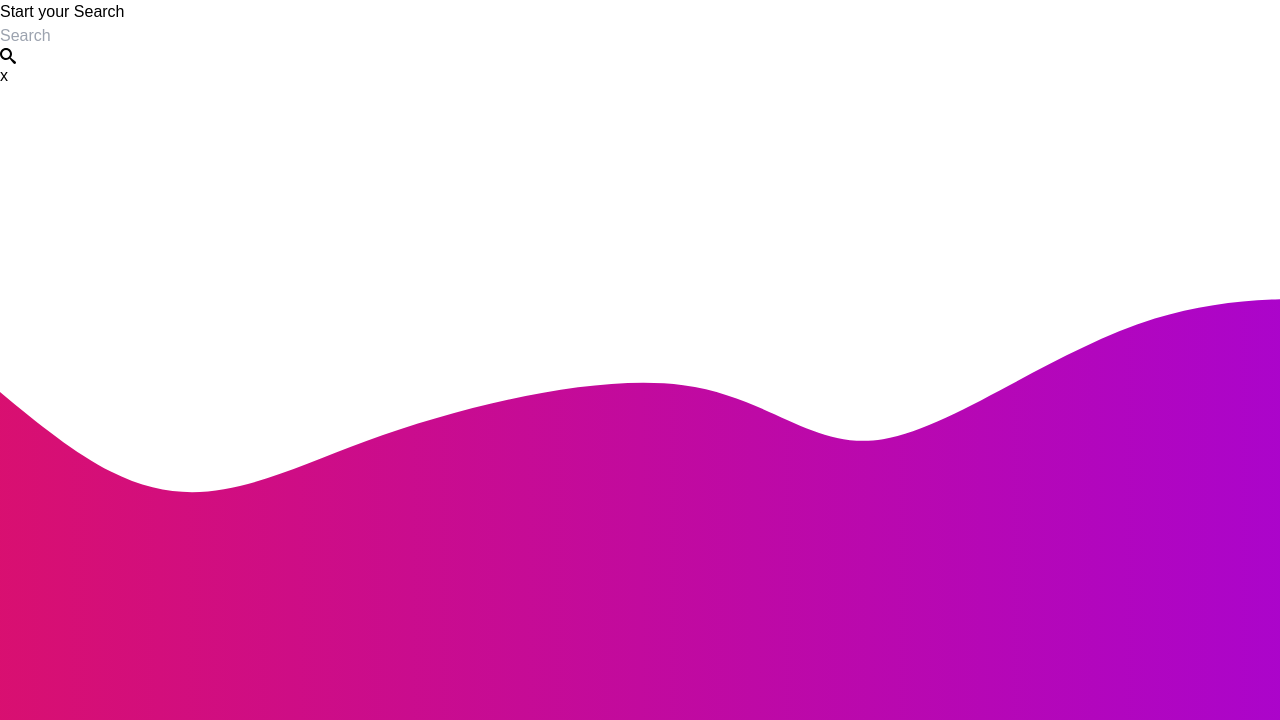
Repository: evergreenx/dictionary-octo
Page: /
These files come from the project's save history. The page is drawn as it stood at one moment and after a run of saves; the edit follows.
The browser window is 1280 px wide. The pictures show the whole page.
The project was rebuilt for these pictures with package versions that can differ from the ones it lists, and the page was loaded fresh each time. The framework's server and built-in components were replaced by stand-ins that run in the browser. Also part of the build but not shown: next.config.js.

Above is the page before, as saved 2022-04-30 14:52:36.

After the next 2 saves:
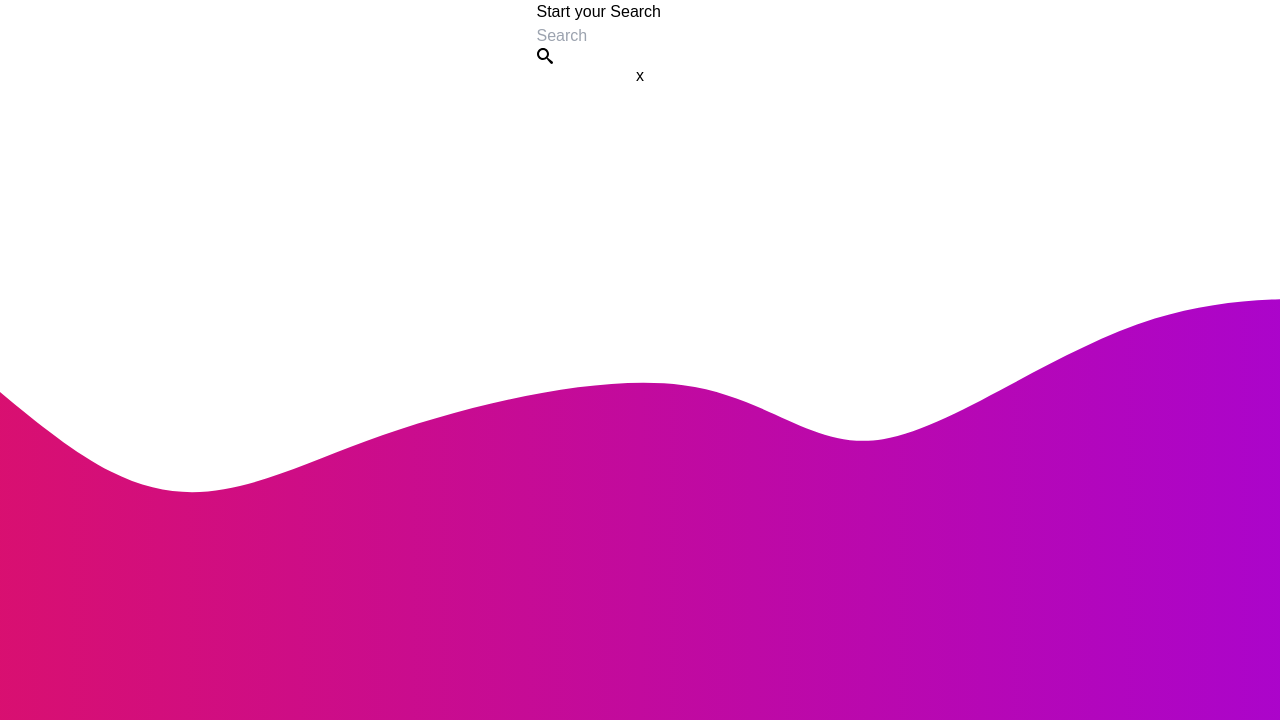
The 2 saves are shown as one change because they came seconds apart.
The last was saved 9 s later.
--- a/pages/index.js
+++ b/pages/index.js
@@ -13,7 +13,7 @@ export default function Home() {
         <link rel="icon" href="/favicon.ico" />
       </Head>
 
-      <main className=" flex flex-col jus">
+      <main className=" flex flex-col justify-center items-center">
         <div className="input--container">
           <h1>Start your Search</h1>
 
